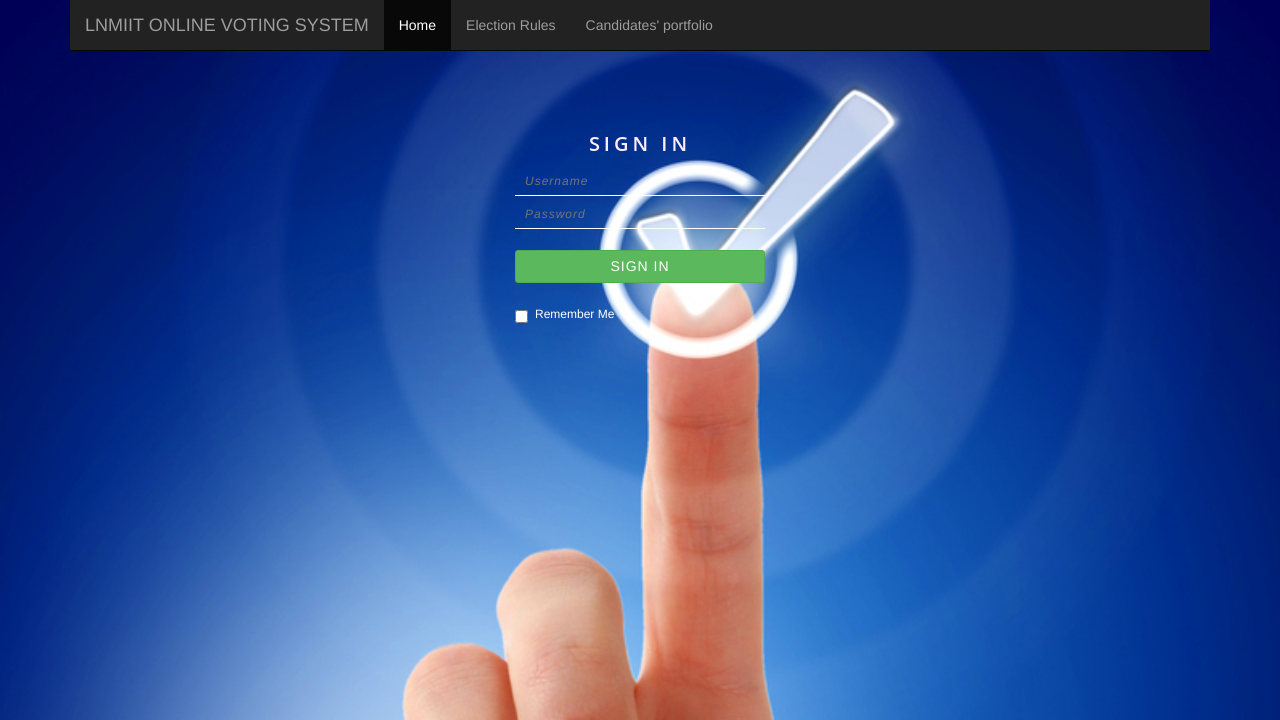
Repository: Shashank-Jain/Lnmiit_Online_Voting_System
Page: http://localhost/test/Login.jsp
An editor plug-in stored every save of this project. The page is shown before and after the next save, followed by the edit.
The browser window is 1280 px wide. The pictures show the whole page.
Some web libraries are served in a nearby version. The page is served by Tomcat 9. Other server files are loaded and not shown.

Above is the page before, as saved 2015-04-14 10:36:10.

### test/WebContent/Login.jsp
<%@page import="jsp.*,java.sql.*"%>
<%@ page language="java" contentType="text/html; charset=ISO-8859-1"
    pageEncoding="ISO-8859-1"%>

<!DOCTYPE html>
<html lang="en">
  <head>
    <meta charset="utf-8">
    <meta http-equiv="X-UA-Compatible" content="IE=edge">
    <meta name="viewport" content="width=device-width, initial-scale=1">
    <!-- The above 3 meta tags *must* come first in the head; any other head content must come *after* these tags -->
    <title>LNMIIT ONLINE VOTING SYSTEM</title>

    <!-- Bootstrap -->
    <link href="css/bootstrap.min.css" rel="stylesheet">
	<link href="login.css" rel="stylesheet">
    <!-- HTML5 shim and Respond.js for IE8 support of HTML5 elements and media queries -->
    <!-- WARNING: Respond.js doesn't work if you view the page via file:// -->
    <!--[if lt IE 9]>
      <script src="https://oss.maxcdn.com/html5shiv/3.7.2/html5shiv.min.js"></script>
      <script src="https://oss.maxcdn.com/respond/1.4.2/respond.min.js"></script>
    <![endif]-->
  </head>
  <body>
    <div class="container">
	  <!--nav class="navbar navbar-default navbar-static-top"-->
	<nav class="navbar transparent navbar-inverse navbar-static-top hr">
      <div class="container">
        <div class="navbar-header">
          <button type="button" class="navbar-toggle collapsed" data-toggle="collapse" data-target="#navbar" aria-expanded="false" aria-controls="navbar">
            <span class="sr-only">Toggle navigation</span>
            <span class="icon-bar"></span>
            <span class="icon-bar"></span>
            <span class="icon-bar"></span>
          </button>
          <a class="navbar-brand" href="#">LNMIIT ONLINE VOTING SYSTEM</a>
        </div> <!--End of navbar header  -->
        <div id="navbar" class="navbar-collapse collapse">
          <ul class="nav navbar-nav">
            <li class="active"><a href="#">Home</a></li>
            <li><a href="#about">Election Rules</a></li>
            <li><a href="#contact">Candidates' portfolio</a></li>
          </ul>

        </div><!--/.nav-collapse -->
      </div>
    </nav>
    <div class="row">
        <div class="col-md-12">
            <div class="pr-wrap">
                <!-- <div class="pass-reset">
                    <label>
                        Enter the email you signed up with</label>
                    <input type="email" placeholder="Email" />
                    <input type="submit" value="Submit" class="pass-reset-submit btn btn-success btn-sm" />
                </div> -->
            </div>
            <div class="wrap">
                <p class="form-title">
                    Sign In</p>
                <form action="" class="login">
                <input type="text" placeholder="Username" />
                <input type="password" placeholder="Password" />
                <input type="submit" value="Sign In" class="btn btn-success btn-sm" />
                <div class="remember-forgot">
                    <div class="row">
                        <div class="col-md-6">
                            <div class="checkbox">
                                <label>
                                    <input type="checkbox" />
                                    Remember Me
                                </label>
                            </div>
                        </div>
                        <!-- <div class="col-md-6 forgot-pass-content">
                            <a href="javascription:void(0)" class="forgot-pass">Forgot Password</a>
                        </div> -->
                    </div>
                </div>
                </form>
            </div>
        </div>
    </div>
    </div>



    <!-- jQuery (necessary for Bootstrap's JavaScript plugins) -->
    <script src="https://ajax.googleapis.com/ajax/libs/jquery/1.11.2/jquery.min.js"></script>
    <!-- Include all compiled plugins (below), or include individual files as needed -->
    <script src="js/bootstrap.min.js"></script>
	 <script src="login.js"></script>
  </body>
</html>

### test/WebContent/login.css
body
{
    background: url('vote.jpg') fixed;
    background-size: cover;
    padding: 0;
    margin: 0;
}

.wrap
{
    width: 100%;
    height: 100%;
    min-height: 100%;
    position: absolute;
    top: 0;
    left: 0;
    z-index: 99;
}

p.form-title
{
    font-family: 'Open Sans' , sans-serif;
    font-size: 20px;
    font-weight: 600;
    text-align: center;
    color: #FFEFFF;
    margin-top: 5%;
    text-transform: uppercase;
    letter-spacing: 4px;
}

form
{
    width: 250px;
    margin: 0 auto;
}

form.login input[type="text"], form.login input[type="password"]
{
    width: 100%;
    margin: 0;
    padding: 5px 10px;
    background: 0;
    border: 0;
    border-bottom: 1px solid #FFFFFF;
    outline: 0;
    font-style: italic;
    font-size: 12px;
    font-weight: 400;
    letter-spacing: 1px;
    margin-bottom: 5px;
    color: #FFFFFF;
    outline: 0;
}

form.login input[type="submit"]
{
    width: 100%;
    font-size: 14px;
    text-transform: uppercase;
    font-weight: 500;
    margin-top: 16px;
    outline: 0;
    cursor: pointer;
    letter-spacing: 1px;
}

form.login input[type="submit"]:hover
{
    transition: background-color 0.5s ease;
}

form.login .remember-forgot
{
    float: left;
    width: 100%;
    margin: 10px 0 0 0;
}
form.login .forgot-pass-content
{
    min-height: 20px;
    margin-top: 10px;
    margin-bottom: 10px;
}
form.login label, form.login a
{
    font-size: 12px;
    font-weight: 400;
    color: #FFFFFF;
}

form.login a
{
    transition: color 0.5s ease;
}

form.login a:hover
{
    color: #2ecc71;
}

.pr-wrap
{
    width: 100%;
    height: 100%;
    min-height: 100%;
    position: absolute;
    top: 0;
    left: 0;
    z-index: 999;
    display: none;
}

.show-pass-reset
{
    display: block !important;
}

.pass-reset
{
    margin: 0 auto;
    width: 250px;
    position: relative;
    margin-top: 22%;
    z-index: 999;
    background: #FFFFFF;
    padding: 20px 15px;
}

.pass-reset label
{
    font-size: 12px;
    font-weight: 400;
    margin-bottom: 15px;
}

.pass-reset input[type="email"]
{
    width: 100%;
    margin: 5px 0 0 0;
    padding: 5px 10px;
    background: 0;
    border: 0;
    border-bottom: 1px solid #000000;
    outline: 0;
    font-style: italic;
    font-size: 12px;
    font-weight: 400;
    letter-spacing: 1px;
    margin-bottom: 5px;
    color: #000000;
    outline: 0;
}

.pass-reset input[type="submit"]
{
    width: 100%;
    border: 0;
    font-size: 14px;
    text-transform: uppercase;
    font-weight: 500;
    margin-top: 10px;
    outline: 0;
    cursor: pointer;
    letter-spacing: 1px;
}

.pass-reset input[type="submit"]:hover
{
    transition: background-color 0.5s ease;
}
.posted-by
{
    position: absolute;
    bottom: 26px;
    margin: 0 auto;
    color: #FFF;
    background-color: rgba(0, 0, 0, 0.66);
    padding: 10px;
    left: 45%;
}

### test/WebContent/login.js
 $(document).ready(function () {
    $('.forgot-pass').click(function(event) {
      $(".pr-wrap").toggleClass("show-pass-reset");
    });

    $('.pass-reset-submit').click(function(event) {
      $(".pr-wrap").removeClass("show-pass-reset");
    });
});

Loaded but not shown: test/WebContent/css/bootstrap.min.css (library); test/WebContent/js/bootstrap.min.js (library)

After the next save:
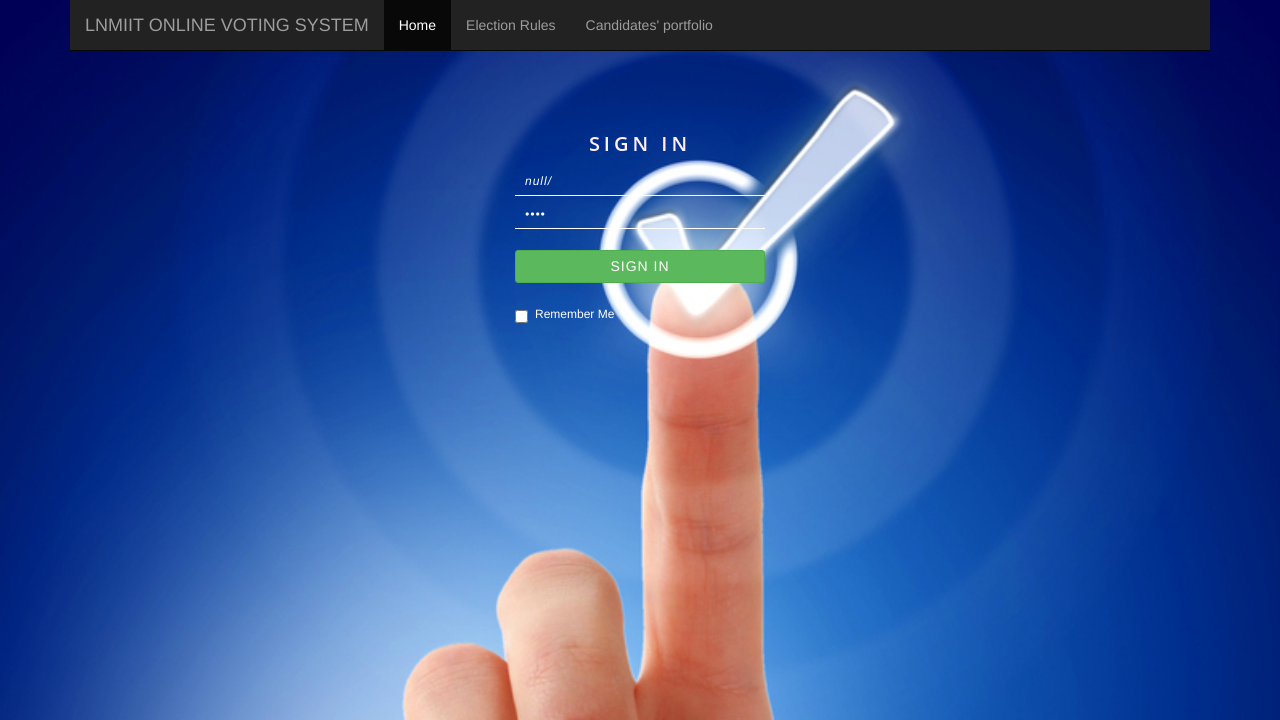
Saved 11 min 27 s later.
--- a/test/WebContent/Login.jsp
+++ b/test/WebContent/Login.jsp
@@ -1,6 +1,8 @@
 <%@page import="jsp.*,java.sql.*"%>
 <%@ page language="java" contentType="text/html; charset=ISO-8859-1"
     pageEncoding="ISO-8859-1"%>
+    <%	String username= request.getParameter("username"), password = request.getParameter("password");
+    %>
 
 <!DOCTYPE html>
 <html lang="en">
@@ -59,8 +61,8 @@
                 <p class="form-title">
                     Sign In</p>
                 <form action="" class="login">
-                <input type="text" placeholder="Username" />
-                <input type="password" placeholder="Password" />
+                <input type="text" placeholder="Username" value=<%=username %>/>
+                <input type="password" placeholder="Password" value=<%=password %> />
                 <input type="submit" value="Sign In" class="btn btn-success btn-sm" />
                 <div class="remember-forgot">
                     <div class="row">
